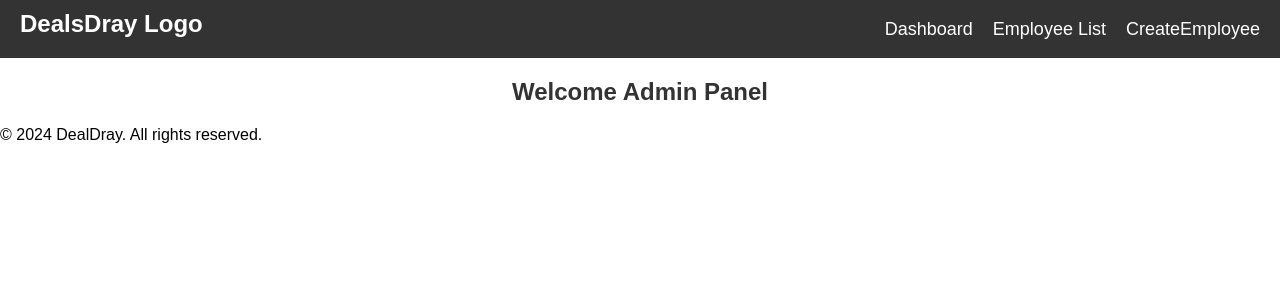
Repository: Mahanandapadavale123/dealsdray
Page: /dashboard (app in frontend/)
An editor plug-in stored every save of this project. The page is shown before and after the next save, followed by the edit.
The browser window is 1280 px wide. The pictures show the whole page.
The page's requests for data from a server got no answer. The project was rebuilt for these pictures with package versions that can differ from the ones it lists, and the page was loaded fresh each time. No one was signed in, and anything a server would have sent is missing. Also part of the build but not shown: frontend/src/views/login.jsx, frontend/src/views/EmployeeList.js, frontend/src/views/createemployee.jsx.

Above is the page before, as saved 2024-09-19 18:14:17.

After the next save:
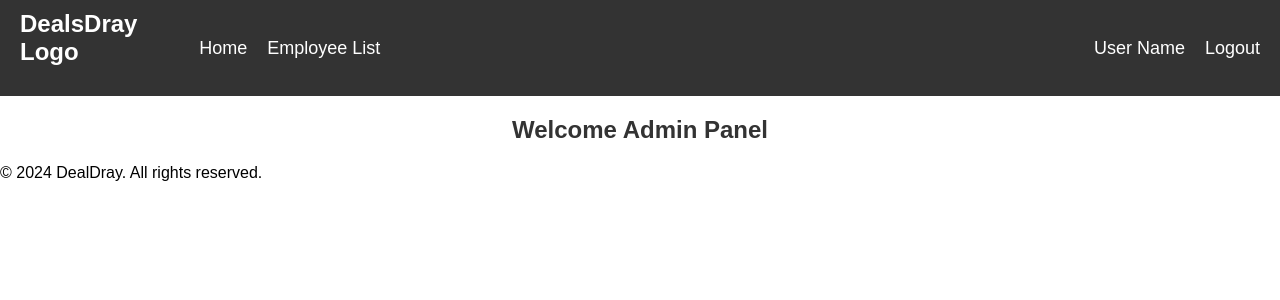
Saved 2 min 16 s later.
--- a/frontend/src/views/layout/header.jsx
+++ b/frontend/src/views/layout/header.jsx
@@ -4,14 +4,22 @@ import '../../css/navbar.css';
 const Header = () => {
   return (
     <header class="header">
+      <div class="row">
+        <div class="logo">DealsDray Logo</div>
+      </div>
         <nav class="navbar">
-            <div class="logo">DealsDray Logo</div>
+
             <ul class="nav-links">
-                <li><a href="/dashboard">Dashboard</a></li>
+                <li><a href="/dashboard">Home</a></li>
                 <li><a href="/employee-list">Employee List</a></li>
-                <li><a href="/createemployee">CreateEmployee</a></li>
+            </ul>
 
+            <ul class="nav-links">
+                <li><a href="/dashboard">User Name</a></li>
+                <li><a href="/employee-list">Logout</a></li>
             </ul>
+
+
         </nav>
     </header>
 
